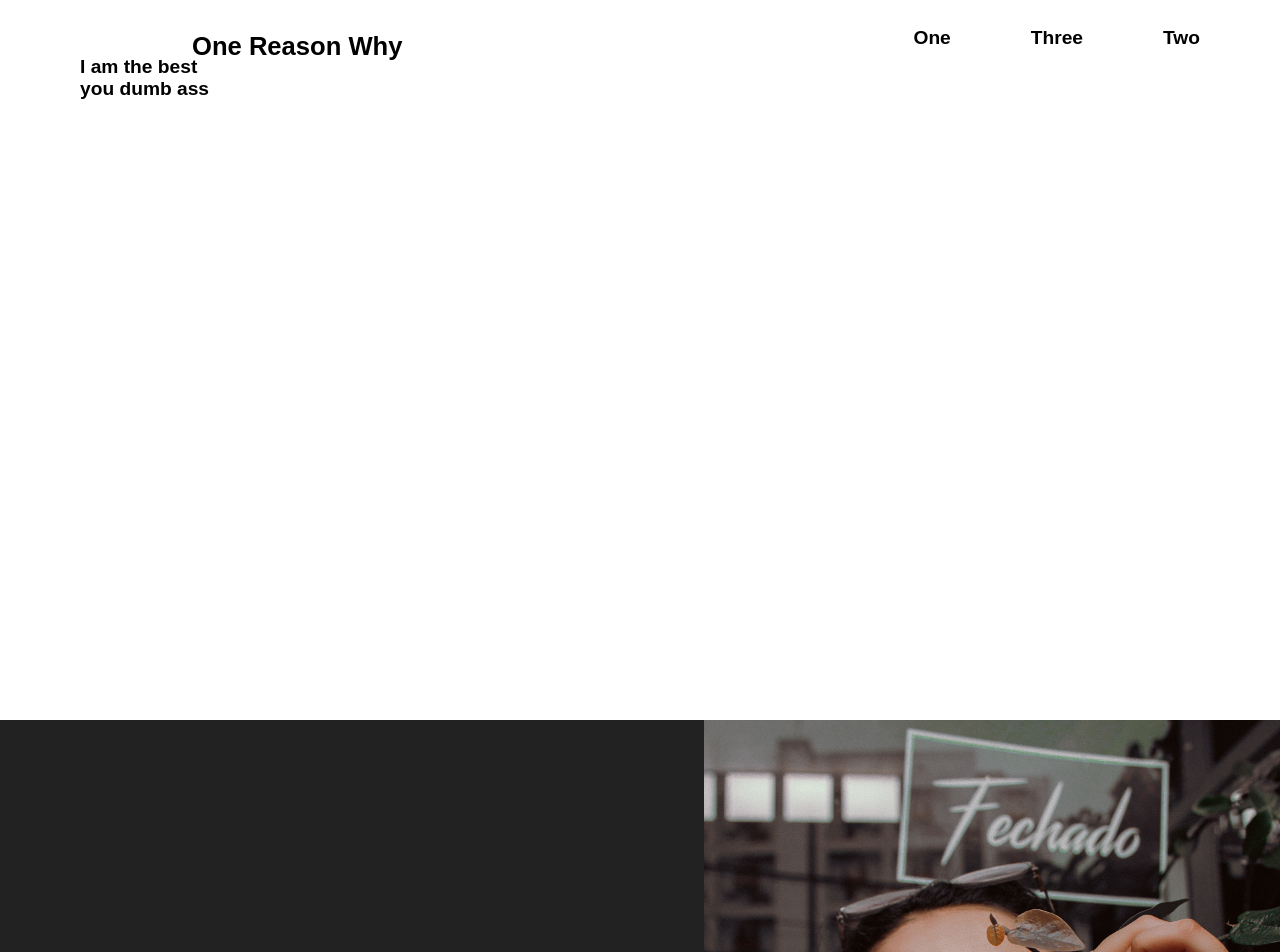
Repository: Imprasna/scrollmagic
Page: index.html
These files come from the project's save history. The page is drawn as it stood at one moment and after the next save; the edit follows.
The browser window is 1280 px wide. The pictures show the part of the page from y = 0 to 952 px (the page is 2200 px tall).
A picture or video elsewhere on the page could not be fetched, so the positions and the page height are approximate. Some web fonts or font styles are not loaded; a fallback is used. Some web libraries are served in a nearby version.

Above is the page before, as saved 2021-11-14 18:20:16.

### index.html
<!DOCTYPE html>
<html lang="en">
<head>
    <meta charset="UTF-8">
    <meta http-equiv="X-UA-Compatible" content="IE=edge">
    <meta name="viewport" content="width=device-width, initial-scale=1.0">
    <link rel="stylesheet" href="style.css">
    <title>Gsap Animation</title>
</head>
<body>
    <section class="home">
        <nav>
            <h1 class="sliding-text">I am the best <br>you dumb ass</br></h1>
            <ul>
                <li><a href="#">One</a></li>
                <li><a href="#">Three</a></li>
                <li><a href="#">Two</a></li>
            </ul>
        </nav>
        <h1 class="logo">One Reason Why</h1>
    </section>

    <section class="first-page">
        <div class="intro">
            <h2>Introduction</h2>
            <p>Lorem ipsum dolor sit amet consectetur adipisicing elit. Recusandae tenetur,
                atque voluptate aut voluptates dolorum consequuntur excepturi dolorem suscipit similique.
            </p>
        </div>
        <img src="./images/1.jpg" alt="">
    </section>

    <section class="second-page">
        <img src="./images/2.jpg" alt="">
        <div class="intro">
            <h2>About</h2>
            <p>Lorem ipsum dolor sit amet consectetur adipisicing elit. Recusandae tenetur,
                atque voluptate aut voluptates dolorum consequuntur excepturi dolorem suscipit similique.
            </p>
        </div>
    </section>


    <script src="https://cdnjs.cloudflare.com/ajax/libs/gsap/3.8.0/gsap.min.js"></script>
    <script src="https://cdnjs.cloudflare.com/ajax/libs/gsap/3.8.0/ScrollTrigger.min.js" referrerpolicy="no-referrer"></script>
    <script src="app.js"></script>
</body>
</html>

### style.css
@import url('https://fonts.googleapis.com/css2?family=Zen+Kurenaido&display=swap');


* {
    margin: 0;
    padding: 0;
    box-sizing: border-box;
}

html, body {
    font-family: 'Zen Kurenaido', sans-serif;
}

nav {
    display: flex;
    justify-content: space-between;
    padding: 1rem 5rem;
    background-color: #fff;
}

h1 {
    font-size: 1.2rem;
    font-weight: 600;
}

h2 {
    font-size: 5rem;
}

ul {
    display: flex;
    list-style: none;
    align-items: center;
}

a {
    text-decoration: none;
    font-size: 1.2rem;
    color: #000;
    margin-left: 5rem;
    font-weight: 600;
}

.logo {
    position: absolute;
    left: 50%;
    top: 50%;
    font-size: 1.6rem;
    transform: translate(-50%, -50%) scale(6);
    transition: 4s;
}

.home {
    height: 100vh;
}

.first-page {
    height: 100vh;
    background: #222;
    color: #fff;
    display: flex;
    justify-content: center;
    align-items: center;
}

.first-page img {
    object-fit: cover;
    height: 100%;
    width: 600px;
}

.first-page, .second-page p {
    font-size: 2rem;
}


.second-page {
    height: 100vh;
    background: #222;
    color: #fff;
    display: flex;
    justify-content: center;
    align-items: center;
    text-align: right;
}

.second-page img {
    height: 800px;
    width: 600px;
    object-fit: cover;
}

### app.js
let tl = gsap.timeline({
    ScrollTrigger: {
        trigger: ".home",
        start: "0%",
        // end: "100%",
        scrub: 1,
    },
});

let tl2 = gsap.timeline({
    ScrollTrigger: {
        trigger: ".home",
        start: "0%",
        // end: "100%",
        scrub: 1,
        pin: true
    },
});

let tl3 = gsap.timeline({
    ScrollTrigger: {
        trigger: ".home",
        start: "0%",
        // end: "100%",
        scrub: 1,
        pin: true,
    },
});

tl.fromTo(".sliding-text", { y:0 }, { y:40 });
tl2.fromTo(".logo", {scale: 6}, {scale: 1, top: "2rem", left: "12rem", x: "50%", y: "50%", pin: true});

After the next save:
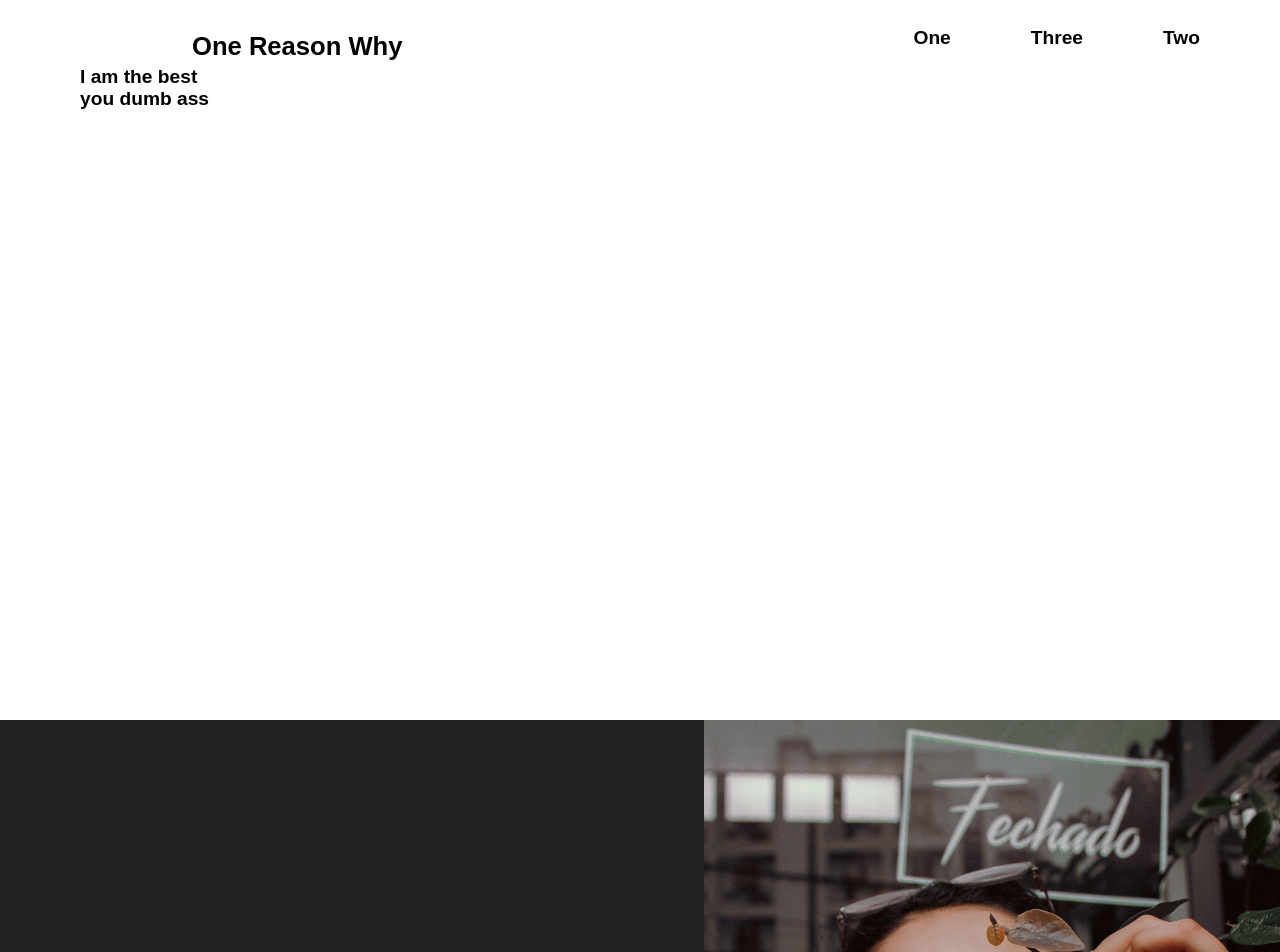
Saved 12 s later.
--- a/app.js
+++ b/app.js
@@ -27,5 +27,5 @@ let tl3 = gsap.timeline({
     },
 });
 
-tl.fromTo(".sliding-text", { y:0 }, { y:40 });
+tl.fromTo(".sliding-text", { y:0 }, { y:50 });
 tl2.fromTo(".logo", {scale: 6}, {scale: 1, top: "2rem", left: "12rem", x: "50%", y: "50%", pin: true});
